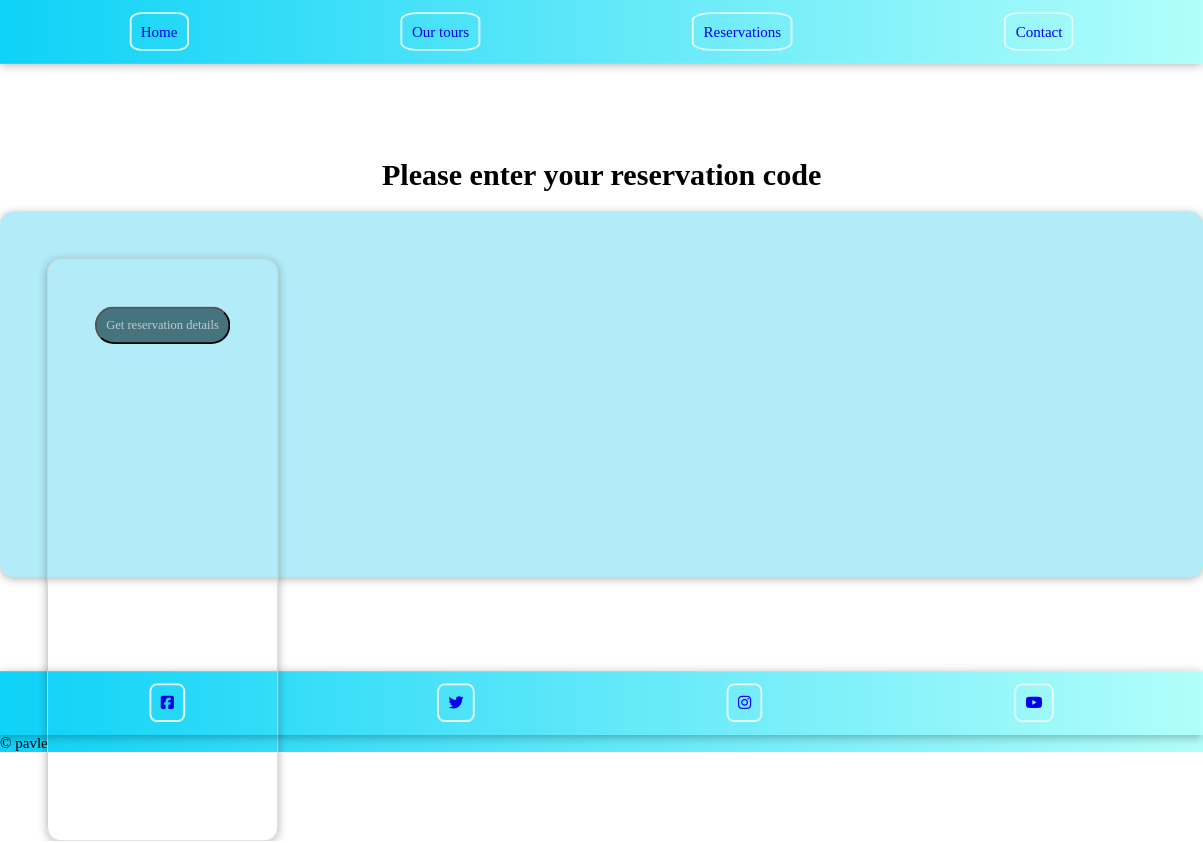
Repository: djpavle/tour_agency
Page: aplikacija/templates/aplikacija/checkReservation.html
An editor plug-in stored every save of this project. The page is shown before and after the next save, followed by the edit.
The browser window is 1280 px wide. The pictures show the whole page, at 94% of full size.
Some web fonts or font styles are not loaded; a fallback is used. Some web libraries are served in a nearby version. The page is served by the project's application, run on Django 3.2 (manage.py). Other server files are loaded and not shown. The template is opened directly, without the code that normally fills it, so the values that code supplies are empty.

Above is the page before, as saved 2020-07-18 14:29:58.

### aplikacija/templates/aplikacija/checkReservation.html
{% extends 'aplikacija/base.html' %}

{% block content %}
<h2 id="mostPopularTitle">Please enter your reservation code</h2>
<div id=reservationMenu>
    <form method="POST" action="{% url 'reservation_details' %}" class="contactFormTab clientForm">
        {{infoMsg}}


        {% csrf_token %}
        {{ form.as_p }}

        <button type="submit" class="btn">Get reservation details</button>
    </form>

</div>
{% endblock %}

### aplikacija/templates/aplikacija/base.html
<!DOCTYPE html>
{% load static %}
<html lang="en">
<head>
    <meta charset="UTF-8">
    <meta name="viewport" content="width=device-width, initial-scale=1.0">
    <title>Tour Agency</title>
    <link href="https://fonts.googleapis.com/css2?family=Fredoka+One&display=swap" rel="stylesheet">
    <link rel="stylesheet" href="{% static 'css/style.css' %}">
    <script src="https://kit.fontawesome.com/6f44727d31.js" crossorigin="anonymous"></script>

</head>
<body>
    <nav id="nav" class="skyBlue">
        <ul class='navList'>
            <li><a href="{% url 'home' %}">Home</a></li>
            <li><a href="{% url 'tour_list' %}">Our tours</a></li>
            <li><a href="{% url 'reservations' %}">Reservations</a></li>
            <li><a href="{% url 'contact' %}">Contact</a></li>
        </ul>
    </nav>
    <main>
    {% block content %}


    {% endblock %}

</main>
    <footer id="footer" class="skyBlue">
        <ul class="navList">
            <li><a href="#"><i class="fab fa-facebook-square"></i></a></li>
            <li><a href="#"><i class="fab fa-twitter"></i></a></li>
            <li><a href="#"><i class="fab fa-instagram"></i></a></li>
            <li><a href="#"><i class="fab fa-youtube"></i></a></li>
        </ul>
        <p>&copy; pavle</p>
    </footer>
</body>
</html>

### turizam_project/urls.py

from django.contrib import admin
from django.urls import path,include
from django.conf.urls.static import static
from django.conf import settings

urlpatterns = [
    path('admin/', admin.site.urls),
    path('', include('aplikacija.urls'))
] + static(settings.MEDIA_URL,document_root=settings.MEDIA_ROOT)

### aplikacija/urls.py
from django.urls import path
from aplikacija import views
from django.conf.urls import url

urlpatterns = [
    path("", views.HomeView,name='home'),
    url(r'^tour/(?P<pk>\d+)$',views.TourDetailView.as_view(),name='tour_detail'),
    path("tourlist/",views.TourListView.as_view(),name='tour_list'),
    path("booktour/",views.CreateClientView.as_view(),name="book_tour"),
    path("contact/",views.contactView.as_view(),name="contact"),
    path("thanks/",views.thanksView,name='thanks'),
    path("reservations/",views.reservationView,name='reservations'),
    path("checkReservation/",views.checkReservationView,name='check_reservation'),
    path("reservationDetails/",views.reservationDetailView,name='reservation_details')

]

### aplikacija/static/css/style.css
*{
    box-sizing: border-box;
    font-family: 'Fredoka One', cursive;
    margin: auto;
}

.skyBlue{
    background: #B2FEFA;
    background: -webkit-linear-gradient(to right, #0ED2F7, #B2FEFA);
    background: linear-gradient(to right, #0ED2F7, #B2FEFA);
}
.navList{

    display: flex;
    padding: 25px;
    justify-content: space-between;
    list-style: none;
    box-shadow: 0 2px 10px rgba(0,0,0,0.3);
    position: sticky;
}
.navList a{

    padding: 10px;
    margin: 70px;
    text-decoration: none;
    border: 2px solid #e4faff;
    border-radius: 20%;
}
.navList a:hover{
    background-color: #e4faff;
    color: #013641;
}
.navList a:visited{
    color: initial;
}
.tourTab{
    border: 1px solid #d6cfcf;
    border-radius: 15px;
    box-shadow: 0 2px 10px rgba(0,0,0,0.3);
    padding: 20px;
    margin: 50px;
    width: 400px;
    transition: all .2s;
}
.tourTab img{
    border-radius: 15px;
    margin-bottom: 10px;
}
.tourTab a{
    text-decoration: none;
}
.tourTab a:visited{
    color: initial;
}
.tourTab:hover{
    transform: scale(1.2);
}
.tourTabSold{
    border: 1px solid #d6cfcf;
    border-radius: 15px;
    box-shadow: 0 2px 10px rgba(0,0,0,0.3);
    padding: 20px;
    margin: 50px;
    width: 400px;
    background-color: #dbdbdb;
}
.btn{
    padding: 10px;
    border-radius: 20px;
    margin: 10px;
    background-color: #45747e;
    color: rgb(191, 203, 212);
    text-decoration: none;
    cursor: pointer;
}
.btn:hover{
    color: #fff;
    background-color: #013641;
}
#footer{
    margin-top: 100px;
}
#footer a:visited{
    color: initial;
}
#nav{
    margin-bottom: 100px;
}
.tourDetailTab{
    border: 1px solid #d6cfcf;
    border-radius: 15px;
    box-shadow: 0 2px 10px rgba(0,0,0,0.3);
    padding: 40px;
    margin: 50px;
    height: 500px;

}
.tourDetailTab h1,h2,h3{
    margin: 20px;
}
#description{
    padding-top: 20px;
}
.hero {
    background-image: linear-gradient(to right bottom,rgba(111, 210, 213, 0.8),rgba(91, 238, 186, 0.8)), url(/static/photos/prva.png);
    background-size: cover;
    -webkit-clip-path: circle(70% at 70% 20%);
    clip-path: circle(70% at 70% 20%);
    height: 100vh;
    position: relative;
    bottom: 100px;
    text-align: center;
    letter-spacing: 34px;
    padding-top: 30vh;
    font-size: 15vh;


}

#mainHome{
    display: flex;
    justify-content: space-between;

}

.clientFormField{
    margin: 10px;
    border-radius: 10px;
    border: 2px solid #013641;
}
.clientTextField{
    margin: 10px;
    border-radius: 10px;
    border: 2px solid #013641;
    width: 700px;

}
#infoMsg{
    font-family: Arial, Helvetica, sans-serif;
    font-size: small;
    letter-spacing: 2px;
    /* border: 2px solid rgb(2, 71, 2);
    border-radius: 10px;
    padding: 10px;
    background-color: rgb(194, 228, 144);
    color: rgb(90, 139, 15);
*/
}
.contactFormTab{
    border: 1px solid #d6cfcf;
    border-radius: 15px;
    box-shadow: 0 2px 10px rgba(0,0,0,0.3);
    padding: 40px;
    margin: 50px;
    height: 620px;

}
.redText{
    color: rgb(224, 30, 30);
}
#topThree{

    display: flex;
    justify-content: space-between;
    border-radius: 15px;
    box-shadow: 0 2px 10px rgba(0,0,0,0.3);
    background-color: #b1ecf8;

}

#mostPopularTitle{
    text-align: center;
    font-size: 2em;
}
.mostPopularBorder{
    border: 25px solid #0ED2F7;
    -moz-border-image: auto;
    border-image-slice: 1;
    border-image-source: conic-gradient(
        hsl(100 100% 60%),
        hsl(200 100% 60%),
        hsl(100 100% 60%)
    );
}
#reservationMenu{
    display: flex;
    justify-content: space-between;
    border-radius: 15px;
    box-shadow: 0 2px 10px rgba(0,0,0,0.3);
    background-color: #b1ecf8;
    height: 54vh;
}

After the next save:
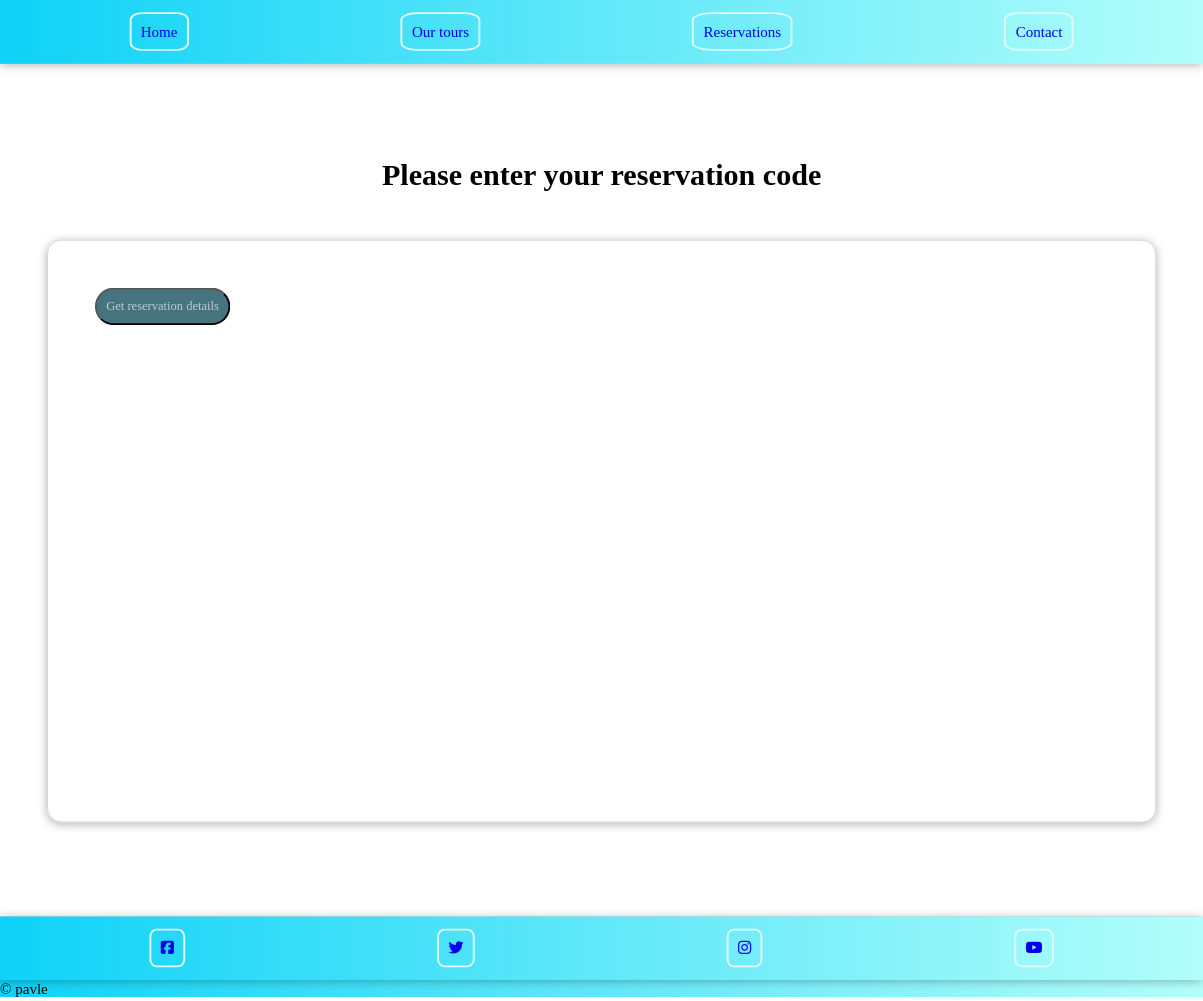
Saved 22 s later.
--- a/aplikacija/templates/aplikacija/checkReservation.html
+++ b/aplikacija/templates/aplikacija/checkReservation.html
@@ -2,7 +2,7 @@
 
 {% block content %}
 <h2 id="mostPopularTitle">Please enter your reservation code</h2>
-<div id=reservationMenu>
+
     <form method="POST" action="{% url 'reservation_details' %}" class="contactFormTab clientForm">
         {{infoMsg}}
 
@@ -13,5 +13,5 @@
         <button type="submit" class="btn">Get reservation details</button>
     </form>
 
-</div>
+
 {% endblock %}
